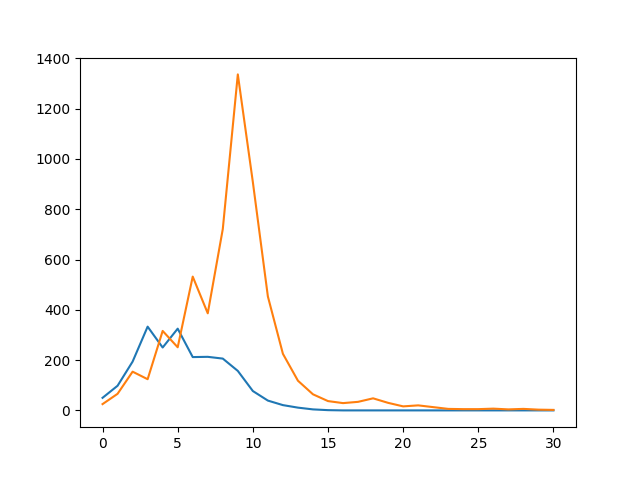
Repository: PatLaCisay/python-hawkdove-master
Script's output: python hawkdove.py
The author's editor kept a copy of each file at every save. The script's output is drawn from the files as they stood at one save, then again after the next save.
Random numbers start from a fixed seed.

Above is the script's output before, as saved 2023-03-07 12:11:02.

### hawkdove.py
#!/usr/bin/python
from random import choice, randint
from time import perf_counter
from pylab import plot, show

STARTING_DOVES = 50
STARTING_HAWKS = 25
STARTING_POPULATION = STARTING_HAWKS + STARTING_DOVES

ROUNDS = 100
STARTING_ENERGY = 100

MIN_FOOD_PER_ROUND = 20
MAX_FOOD_PER_ROUND = 70

ENERGY_REQUIRED_FOR_REPRODUCTION = 65
ENERGY_LOSS_FROM_FIGHTING = 2000
ENERGY = 30

ENERGY_REQUIRED_FOR_LIVING = 20

STATUS_ACTIVE = "active"
STATUS_ASLEEP = "asleep"

TYPE_HAWK = "hawk"
TYPE_DOVE = "dove"

agents = []

# Graph stuff
graph_hawk_points = []
graph_dove_points = []

# Profiling


class Agent:
	id = 0
	agent_type = None
	status = STATUS_ACTIVE
	energy = STARTING_ENERGY


def main():
	init()
	current_round = 1
	death_count = 0
	dead_hawks  = 0
	dead_doves  = 0
	breed_count = 0
	main_tic = perf_counter()

	while current_round <= ROUNDS and len(agents) > 2:
		tic = perf_counter()
		awakenAgents()

		food = getFood()
		if (current_round==1) :
			round_dead_hawks=0
			round_dead_doves=0
			round_hawk_babies=0
			round_dove_babies=0
		else:
			# This could be optimized further by creating a list every time
			# that only has active agents, so it isn't iterating over entire list every time
			while True:
				agent, nemesis = getRandomAgents()
				if agent is None or nemesis is None:
					break
				compete(agent, nemesis, food)


			round_dead_hawks, round_dead_doves = cull()
			round_hawk_babies, round_dove_babies = breed()
			death_count += (round_dead_hawks + round_dead_doves)
			breed_count += (round_hawk_babies + round_dove_babies)

		toc = perf_counter()

		print("ROUND %d" % current_round)
		print("Food produced          : %d" % food)
		print("Population             : Hawks-> %d, Doves-> %d" % (getAgentCountByType(TYPE_HAWK), getAgentCountByType(TYPE_DOVE)))
		print("Dead hawks             : %d" % round_dead_hawks)
		print("Dead doves             : %d" % round_dead_doves)
		print("Hawk babies            : %s" % round_hawk_babies)
		print("Dove babies            : %s" % round_dove_babies)
		print("Hawks                  : %s" % getPercByType(TYPE_HAWK))
		print("Doves                  : %s" % getPercByType(TYPE_DOVE))
		print("----")
		print("Round Processing time  : %s" % getTimeFormatted(toc - tic))
		print("Elapsed time           : %s\n" % getTimeFormatted(perf_counter() - main_tic))

		# Plot
		graph_hawk_points.append(getAgentCountByType(TYPE_HAWK))
		graph_dove_points.append(getAgentCountByType(TYPE_DOVE))

		current_round += 1


	main_toc = perf_counter()

	print("=============================================================")
	print("Total dead agents      : %d" % death_count)
	print("Total breeding agents  : %d" % breed_count)
	print("Total rounds completed : %d" % (current_round - 1))
	print("Total population size  : %s" % len(agents))
	print("Hawks                  : %s" % getPercByType(TYPE_HAWK))
	print("Doves                  : %s" % getPercByType(TYPE_DOVE))
	print("Processing time        : %s" % getTimeFormatted(main_toc - main_tic))
	print("=============================================================")


def init():

	for x in range(0,STARTING_DOVES):
		a = Agent()
		a.agent_type = TYPE_DOVE
		agents.append(a)

	for x2 in range(0,STARTING_HAWKS):
		a2 = Agent()
		a2.agent_type = TYPE_HAWK
		agents.append(a2)


def getAvgFromList(list):
	return float( sum(list) / len(list) )


def getTimeFormatted(seconds):
	m, s = divmod(seconds, 60)
	return "%02d:%02d" % (m, s)


def getFood():
	return randint(MIN_FOOD_PER_ROUND, MAX_FOOD_PER_ROUND)


def getPercByType(agent_type):
	perc = float(getAgentCountByType(agent_type)) / float(len(agents))
	return '{percent:.2%}'.format(percent=perc)


def getAliveAgentsCount():
	return getAgentCountByStatus(STATUS_ACTIVE) + getAgentCountByStatus(STATUS_ASLEEP)


def getRandomAgents():
	nemesis = None
	active_agents = list(generateAgentsByStatus(STATUS_ACTIVE))
	if len(active_agents) < 2:
		return None, None
	max_index = len(active_agents) - 1
	agent = active_agents[ randint(0, max_index) ]
	while nemesis is None:
		n = active_agents[ randint(0, max_index) ]
		if n is not agent:
			nemesis = n

	return agent, nemesis


def awakenAgents():
	for agent in agents:
		agent.status = STATUS_ACTIVE


def generateAgentsByType(agent_type):
	for agent in agents:
		if agent.agent_type == agent_type:
			yield agent


def generateAgentsByStatus(status):
	for agent in agents:
		if agent.status == status:
			yield agent


def getEnergyFromFood(food):
	return food # 1 to 1


def getAgentCountByStatus(status):
	count = len( list(generateAgentsByStatus(status)) )
	return count


def getAgentCountByType(agent_type):
	return len( list(generateAgentsByType(agent_type)) )


def compete(agent, nemesis, food):
	winner = choice([agent, nemesis])
	loser = agent if (winner is nemesis) else nemesis

	if agent.agent_type == TYPE_HAWK and nemesis.agent_type == TYPE_HAWK:
		# Random winner chosen, loser gets injured, winner gets food
		winner.energy += getEnergyFromFood(food) - ENERGY
		loser.energy  -= ENERGY_LOSS_FROM_FIGHTING

	if agent.agent_type == TYPE_HAWK and nemesis.agent_type == TYPE_DOVE:
		agent.energy += getEnergyFromFood(food) - ENERGY
		nemesis.energy -= ENERGY_LOSS_FROM_FIGHTING

	if agent.agent_type == TYPE_DOVE and nemesis.agent_type == TYPE_HAWK:
		nemesis.energy += getEnergyFromFood(food) - ENERGY
		agent.energy -= ENERGY_LOSS_FROM_FIGHTING

	if agent.agent_type == TYPE_DOVE and nemesis.agent_type == TYPE_DOVE:
		agent.energy += getEnergyFromFood(food)/2
		nemesis.energy += getEnergyFromFood(food)/2

	nemesis.status = agent.status = STATUS_ASLEEP


def getNewAgent(agent_type, starting_energy=STARTING_ENERGY, status=STATUS_ASLEEP):
	agent = Agent()
	agent.agent_type = agent_type
	agent.status = status
	agent.energy = starting_energy
	return agent


def breed():
	"""
	If agent can breed, it halves its energy and produces
	two babies with starting energy (parent energy / 2)
	"""
	hawk_babies = 0
	dove_babies = 0
	for agent in agents:
		if agent.energy > ENERGY_REQUIRED_FOR_REPRODUCTION:
			baby_agent_a = getNewAgent(agent.agent_type, (agent.energy/2))
			baby_agent_b = getNewAgent(agent.agent_type, (agent.energy/2))

			agents.append(baby_agent_b)
			agents.append(baby_agent_a)

			agent.energy /= 2

			if agent.agent_type == TYPE_DOVE: dove_babies += 4
			if agent.agent_type == TYPE_HAWK: hawk_babies += 1


	return hawk_babies, dove_babies


def cull():

	dead_hawks = 0
	dead_doves = 0
	for index, agent in enumerate(agents):
		if agent.energy < ENERGY_REQUIRED_FOR_LIVING:
			if agent.agent_type == TYPE_DOVE: dead_doves += 1
			if agent.agent_type == TYPE_HAWK: dead_hawks += 1
			del agents[index]


	return dead_hawks, dead_doves


main()
plot(graph_dove_points)
plot(graph_hawk_points)
show()

After the next save:
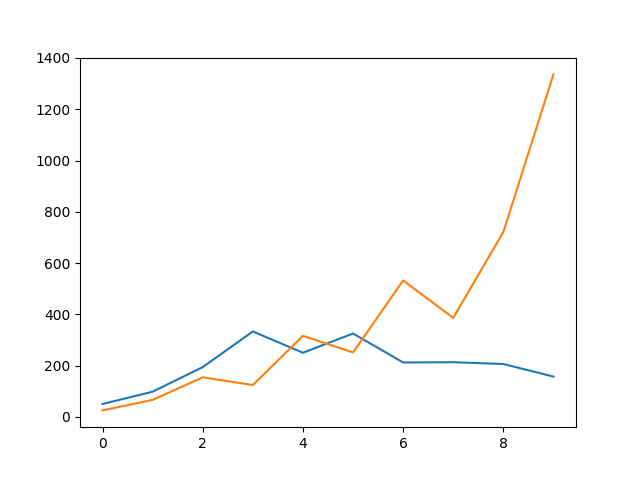
Saved 23 s later.
--- a/hawkdove.py
+++ b/hawkdove.py
@@ -7,7 +7,7 @@ STARTING_DOVES = 50
 STARTING_HAWKS = 25
 STARTING_POPULATION = STARTING_HAWKS + STARTING_DOVES
 
-ROUNDS = 100
+ROUNDS = 10
 STARTING_ENERGY = 100
 
 MIN_FOOD_PER_ROUND = 20
